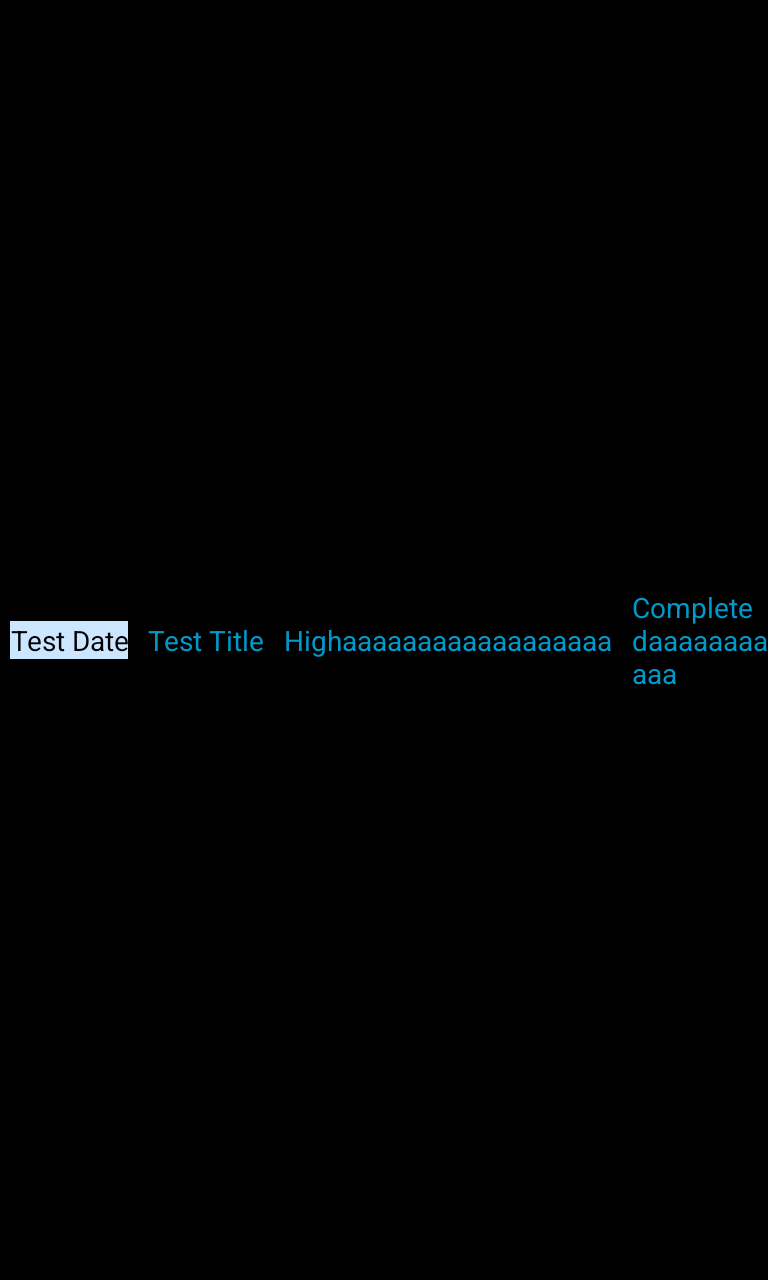
Repository: titango/androidass1
Layout: uTask/res/layout/task_list_item.xml
The author's editor kept a copy of each file at every save. The layout is drawn from the files as they stood at one save, then again after the next save.
It is drawn on a 768 x 1280 px phone screen (xhdpi) without system bars, with theme NoActionBar; the app's code is not run.

Above is the layout before, as saved 2013-03-31 23:38:53.

### uTask/res/layout/task_list_item.xml
<?xml version="1.0" encoding="utf-8"?>
<LinearLayout xmlns:android="http://schemas.android.com/apk/res/android"
    android:layout_width="wrap_content"
    android:layout_height="wrap_content"
    android:gravity="left|center"
    android:paddingBottom="5dp"
    android:paddingLeft="5dp"
    android:paddingTop="5dp" >

    <TextView
        android:id="@+id/task_list_item_date"
        android:layout_width="wrap_content"
        android:layout_height="wrap_content"
        android:background="@color/lightblue"
        android:gravity="center"
        android:text="Test Date"
        android:textColor="@color/black" >
    </TextView>

    <TextView
        android:id="@+id/task_list_item_title"
        android:layout_width="wrap_content"
        android:layout_height="wrap_content"
        android:layout_marginLeft="10dp"
        android:text="Test Title"
        android:textColor="#0099CC" >
    </TextView>

    <TextView
        android:id="@+id/task_list_item_priority"
        android:layout_width="wrap_content"
        android:layout_height="wrap_content"
        android:layout_marginLeft="10dp"
        android:text="Highaaaaaaaaaaaaaaaaaa"
        android:textColor="#0099CC" >
    </TextView>

    <TextView
        android:id="@+id/task_list_item_status"
        android:layout_width="wrap_content"
        android:layout_height="wrap_content"
        android:layout_marginLeft="10dp"
        android:text="Completedaaaaaaaaaaa"
        android:textColor="#0099CC" >
    </TextView>

</LinearLayout>

### uTask/res/values/colors.xml
<?xml version="1.0" encoding="utf-8"?>
<resources>
    <color name="white">#FFFFFF</color>
    <color name="black">#000000</color>
    <color name="darkblue">#0000A0</color>
    <color name="lightblue">#CCE6FF</color>
    <color name="lightyellow">#FFFFCC</color>
    <color name="superlightyellow">#FFFFE5</color>
    <color name="lightorange">#FFCC33</color>
    <color name="darkorange">#FFBF00</color>
    <color name="lowlightgreen">#00FF99</color>

</resources>

Loaded but not shown: uTask/res/values/styles.xml (common file)

After the next save:
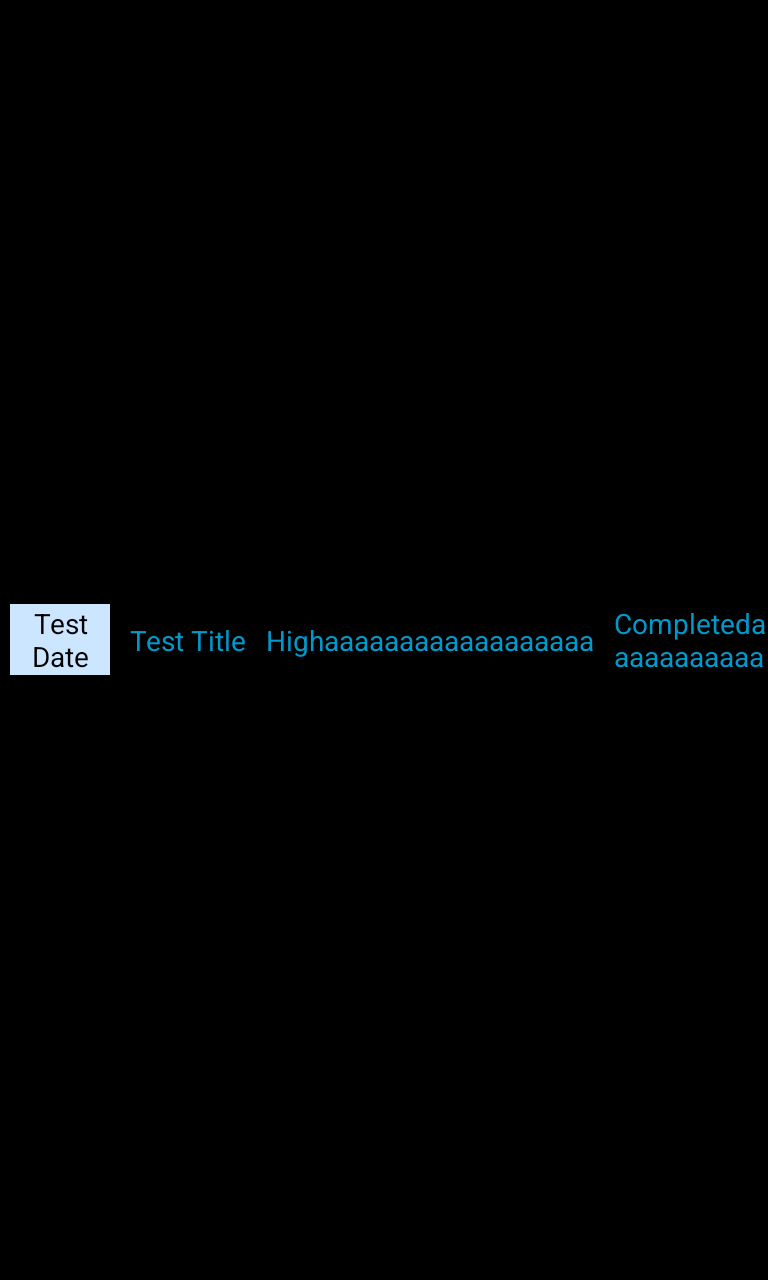
Saved 11 s later.
--- a/uTask/res/layout/task_list_item.xml
+++ b/uTask/res/layout/task_list_item.xml
@@ -9,7 +9,7 @@
 
     <TextView
         android:id="@+id/task_list_item_date"
-        android:layout_width="wrap_content"
+        android:layout_width="50dp"
         android:layout_height="wrap_content"
         android:background="@color/lightblue"
         android:gravity="center"
